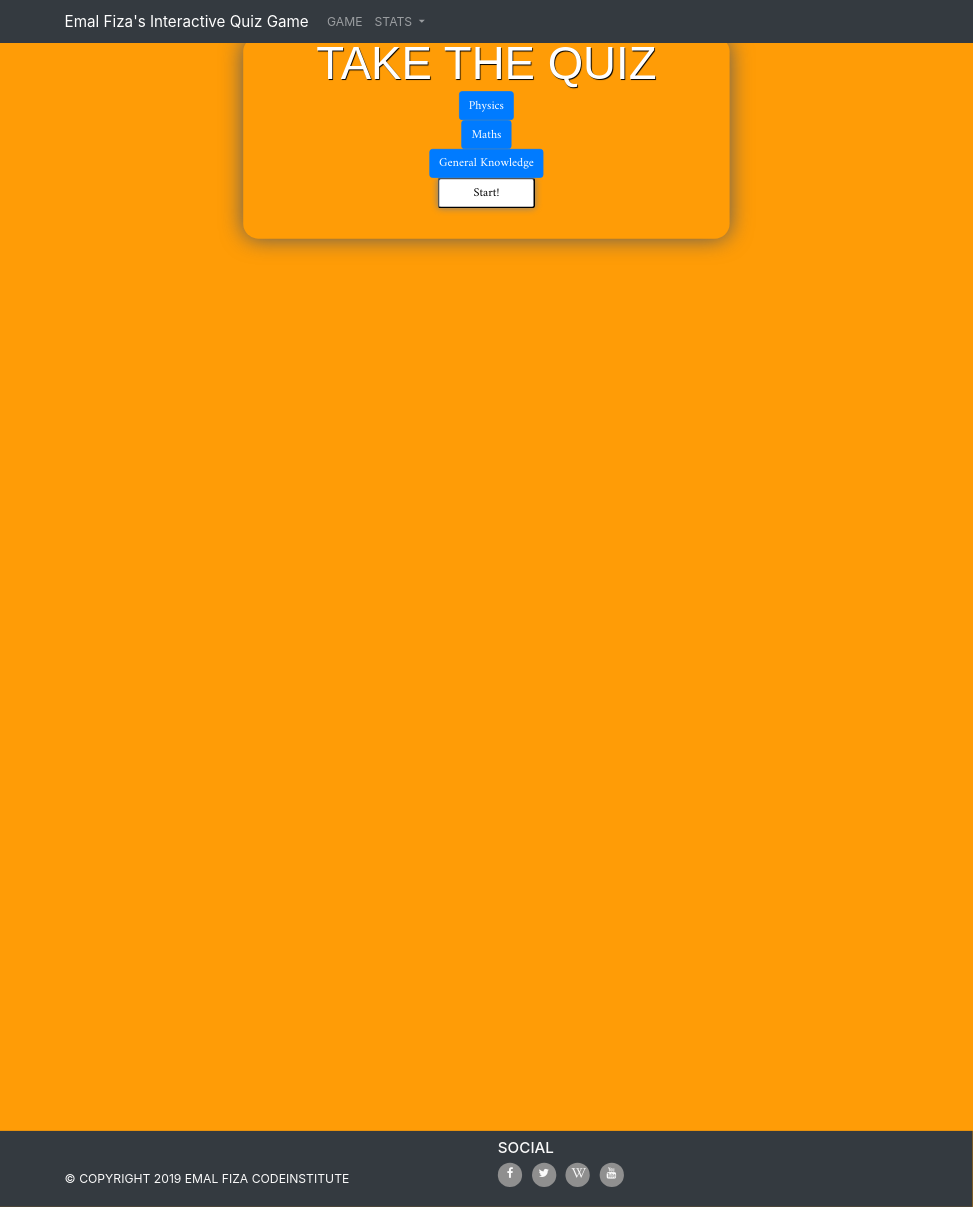
Repository: emalfiza/interactive-quiz-game
Page: index.html
The author's editor kept a record of every edit. The page is drawn from the files as they stood at one moment, then again after the next edit.
The browser window is 1280 px wide. The pictures show the whole page, at 76% of full size.
Some web fonts or font styles are not loaded; a fallback is used. Some web libraries are served in a nearby version.

Above is the page before.
Console error: TypeError: $(...).scrollspy is not a function

After the next edit:
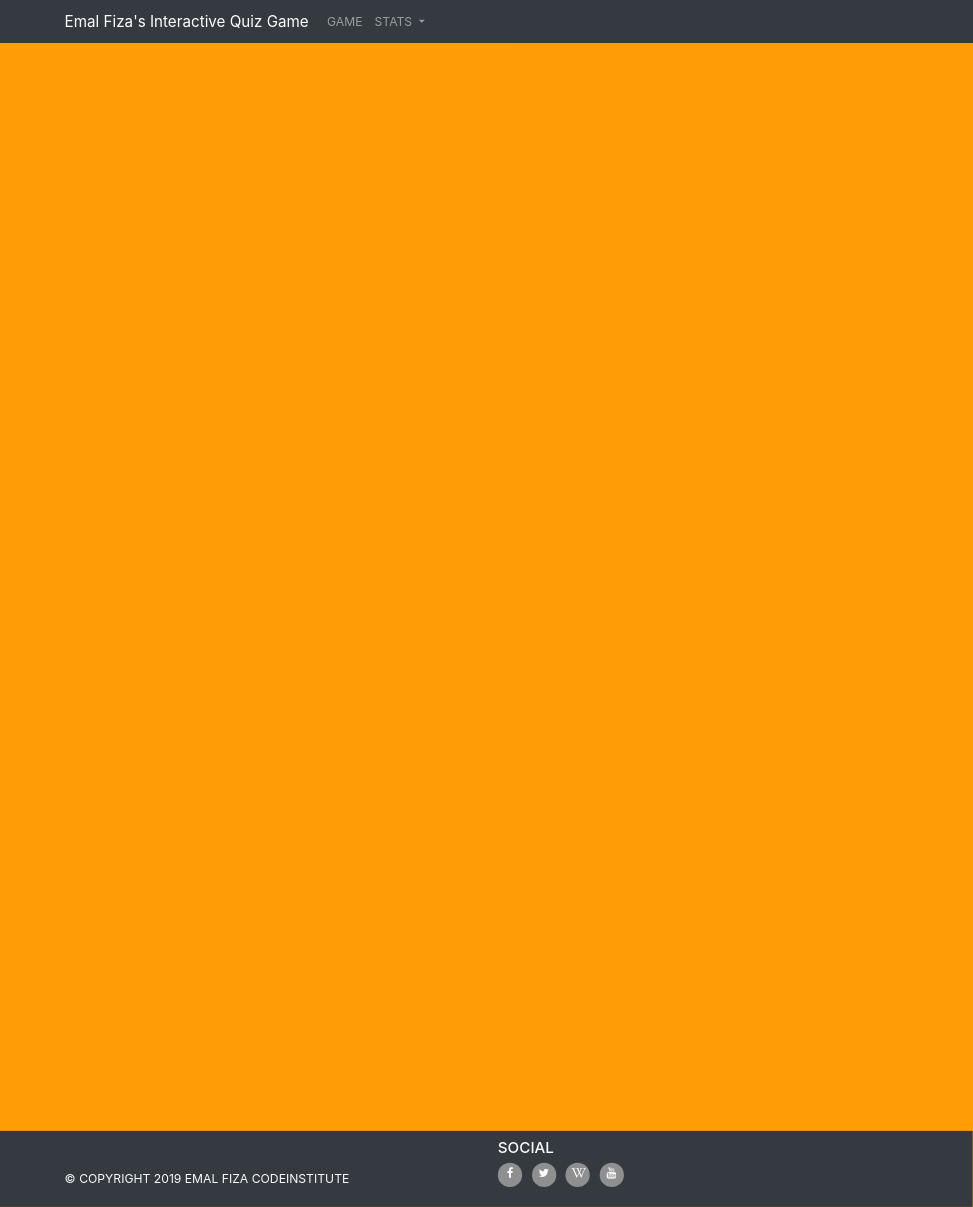
The edit:
--- a/index.html
+++ b/index.html
@@ -126,6 +126,8 @@
     </script>
     <script type="text/javascript" src="assets/js/questions.js">
     </script>
+    <script type="text/javascript" src="assets/js/game.js">
+    </script>
 </body>
 
 </html>
